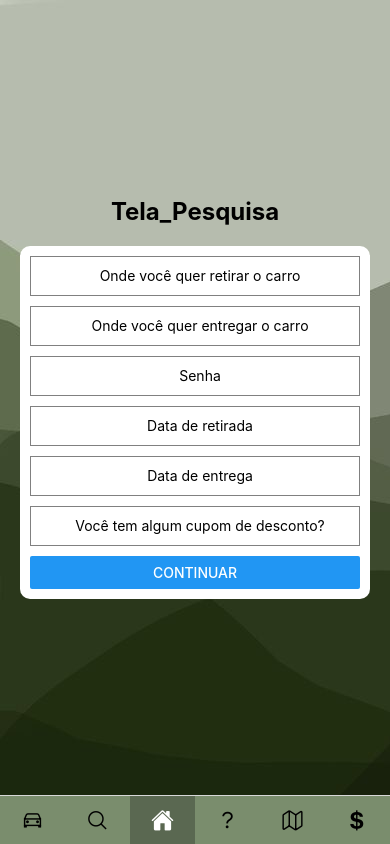
Repository: GabrielAron/EcoWheels
Page: /Home
These files come from the project's save history. The page is drawn as it stood at one moment and after the next save; the edit follows.
The browser window is 390 px wide. The pictures show the whole page.
The app was drawn by React Native's web renderer in a window 390 px wide. The project was rebuilt for these pictures with package versions that can differ from the ones it lists, and the page was loaded fresh each time. Also part of the build but not shown: src/Paginas/Carros/index.js, src/Paginas/Ajuda/index.js, src/Paginas/Mapa/index.js, src/Paginas/Pagamento/pagamento.js.

Above is the page before, as saved 2023-11-24 14:34:29.

### App.js
import React from 'react';
import Routes from './src/Paginas/routes';
import { ReservaProvider } from './src/Paginas/ReservaContext';


function App() {
  return (
    <ReservaProvider>
      <Routes />
    </ReservaProvider>
  );
}

export default App;

### src/Paginas/routes.js
import React from 'react';
import { createBottomTabNavigator } from '@react-navigation/bottom-tabs';
import { NavigationContainer } from '@react-navigation/native';
import { Ionicons } from '@expo/vector-icons';

import Home from './Home';
import Explorar from './Carros';
import Ajuda from './Ajuda';
import Reservas from './Locacoes';
import Recarga from './Mapa';
import Pagamento from './Pagamento/pagamento';

const Tab = createBottomTabNavigator();

export default function Routes() {
  return (
    <NavigationContainer>
      <Tab.Navigator
        tabBarOptions={{
          showLabel: false, // Oculta as etiquetas de texto das guias
          tabBarStyle: {
            position: 'absolute',
            backgroundColor: '#7A8D6D',
            height:700,
          },
          tabStyle: {
            elevation: 0,
          },
          inactiveBackgroundColor: '#7A8D6D',
          activeBackgroundColor: '#5A6851',
        }}
      >
        <Tab.Screen
          name="Reservas"
          component={Reservas}
          options={{
            headerShown: false,
            tabBarIcon: ({ color, size, focused }) => {
              if (focused) {
                return <Ionicons name="md-car" size={23} color="#FFF" />;
              } else {
                return <Ionicons name="md-car-outline" size={23} color="#000000" />;
              }
            },
          }}
        />
        <Tab.Screen
          name="Explorar"
          component={Explorar}
          options={{
            headerShown: false,
            tabBarIcon: ({ color, size, focused }) => {
              if (focused) {
                return <Ionicons name="md-search" size={23} color="#FFF" />;
              } else {
                return <Ionicons name="md-search-outline" size={23} color="#000000" />;
              }
            },
          }}
        />
        <Tab.Screen
          name="Home"
          component={Home}
          options={{
            headerShown: false,
            tabBarIcon: ({ color, size, focused }) => {
              if (focused) {
                return <Ionicons name="md-home" size={23} color="#FFF" />;
              } else {
                return <Ionicons name="md-home-outline" size={23} color="#000000" />;
              }
            },
          }}
        />
        <Tab.Screen
          name="Ajuda"
          component={Ajuda}
          options={{
            headerShown: false,
            tabBarIcon: ({ color, size, focused }) => {
              if (focused) {
                return <Ionicons name="md-help" size={23} color="#FFF" />;
              } else {
                return <Ionicons name="md-help-outline" size={23} color="#000000" />;
              }
            },
          }}
        />
        <Tab.Screen
          name="Recarga"
          component={Recarga}
          options={{
            headerShown: false,
            tabBarIcon: ({ color, size, focused }) => {
              if (focused) {
                return <Ionicons name="md-map" size={23} color="#FFF" />;
              } else {
                return <Ionicons name="md-map-outline" size={23} color="#000000" />;
              }
            },
          }}
        />
         <Tab.Screen
          name="Pagamento"
          component={Pagamento}
          options={{
            headerShown: false,
            tabBarIcon: ({ color, size, focused }) => {
              if (focused) {
                return <Ionicons name="logo-usd" size={23} color="#FFF" />;

              } else {
                return <Ionicons name="logo-usd" size={23} color="#000000" />;
              }
            },
          }}
        />
      </Tab.Navigator>
    </NavigationContainer>
  );
}

### src/Paginas/ReservaContext.js
import React, { createContext, useState } from 'react';

export const ReservaContext = createContext();

export const ReservaProvider = ({ children }) => {
  const [reservas, setReservas] = useState([]);

  return (
    <ReservaContext.Provider value={{ reservas, setReservas }}>
      {children}
    </ReservaContext.Provider>
  );
};

### src/Paginas/Home/index.js
import React from 'react';
import { View, Text, TextInput, Button, StyleSheet, ImageBackground } from 'react-native';
import Fundo from '/imagens/fundoverde.jpg';

export default function App() {
  return (
    <ImageBackground source={Fundo} style={styles.image}>
      <View style={styles.container}>
        <Text style={styles.title}>Tela_Pesquisa</Text>
        <View style={styles.formContainer}>
          <TextInput style={styles.input} placeholder="Onde você quer retirar o carro" />
          <TextInput style={styles.input} placeholder="Onde você quer entregar o carro" />
          <TextInput style={styles.input} placeholder="Senha" secureTextEntry={true} />
          <TextInput style={styles.input} placeholder="Data de retirada" />
          <TextInput style={styles.input} placeholder="Data de entrega" />
          <TextInput style={styles.input} placeholder="Você tem algum cupom de desconto?" />
          <Button title="Continuar" onPress={() => {}} />
        </View>
      </View>
    </ImageBackground>
  );
}

const styles = StyleSheet.create({
  container: {
    flex: 1,
    justifyContent: 'center',
    padding: 20,
  },
  image: {
    flex: 1,
    resizeMode: 'cover',
    justifyContent: 'center',
  },
  title: {
    fontSize: 24,
    fontWeight: 'bold',
    textAlign: 'center',
    marginBottom: 20,
  },
  input: {
    height: 40,
    borderColor: 'gray',
    borderWidth: 1,
    marginBottom: 10,
    paddingLeft: 10,
    textAlign: 'center',
  },
  formContainer: {
    backgroundColor: 'white',
    borderRadius: 10,
    padding: 10,
  },
});

### src/Paginas/Locacoes/index.js
import React, { useState, useContext } from 'react';
import { View, Text, ImageBackground, Button, StyleSheet, ScrollView, Modal, Alert } from 'react-native';
import Fundo from '/imagens/fundoverde.jpg';
import { ReservaContext } from '../ReservaContext'; // Atualize o caminho conforme necessário

const Card = ({ id, title, image }) => {
  const [modalVisible, setModalVisible] = useState(false);
  const { reservas, setReservas } = useContext(ReservaContext);
  const [carros, setCarros] = useState([

      { id: 1, title: "QUALIDADE PARA UM CONFORTO E ÓTIMO PASSEIO - Exquisite Cruiser 1.8", image: "https://cdn.leonardo.ai/users/cf8d0bec-5da3-4e6a-aed2-13735b2a6925/generations/a40b4ef5-35ec-4e32-a5ff-cc2ef5e85345/PhotoReal_make_a_background_image_for_a_cell_phone_application_2.jpg?w=512" },
      { id: 2, title: "DESIGN E CONFORTO EM UM - Rider GT 3.0", image: "https://cdn.leonardo.ai/users/cf8d0bec-5da3-4e6a-aed2-13735b2a6925/generations/a40b4ef5-35ec-4e32-a5ff-cc2ef5e85345/PhotoReal_make_a_background_image_for_a_cell_phone_application_3.jpg?w=512" },
      { id: 3, title: "FORÇA PARA DESAFIOS OFF-Road - Viper GT 3.0 ", image: "https://cdn.leonardo.ai/users/cf8d0bec-5da3-4e6a-aed2-13735b2a6925/generations/a0fe3adc-2c2f-4336-bc49-e57599170dd1/PhotoReal_faa_um_hummer_eltrico_novo_andando_por_uma_cidade_3.jpg?w=512" },
      { id: 4, title: "UM CARRO ANTIGO E ESTILOSO PARA OS AMANTES DE CLÁSSICOS - Bentley 1.8", image: "https://cdn.leonardo.ai/users/cf8d0bec-5da3-4e6a-aed2-13735b2a6925/generations/c6457b66-6149-4c4d-8408-99c27071dc1e/PhotoReal_faa_um_carro_eletrico_executivo_andando_por_uma_cida_0.jpg?w=512" },
      { id: 5, title: "UM CARRO VERSÁTIL QUE ATENDE A TODAS AS NECESSIDADES FLEXUS X 1.0", image: "https://cdn.leonardo.ai/users/cf8d0bec-5da3-4e6a-aed2-13735b2a6925/generations/f62f0f84-2ea5-4c9d-a4e3-33ade848f3b2/PhotoReal_make_a_background_image_for_a_cell_phone_application_3.jpg?w=512" },
      { id: 6, title: "UMA OPÇÃO PERFEITA PARA QUEM BUSCA PRATICIDADE E CONFORTO - LUXURY DRIVE 1.6", image: "https://cdn.leonardo.ai/users/cf8d0bec-5da3-4e6a-aed2-13735b2a6925/generations/589507b8-d87b-4a85-b05e-c325ccebd6b6/PhotoReal_make_a_background_image_for_a_cell_phone_application_1.jpg?w=512" },
      { id: 7, title: "UM CARRO ESPORTIVO COM DESEMPENHO DE ALTA POTÊNCIA Vortex GT 5.0", image: "https://fotos-jornaldocarro-estadao.nyc3.cdn.digitaloceanspaces.com/wp-content/uploads/2023/01/13072602/Carro_esportivo.jpg" },
    ]);


  return (
    <View style={styles.card}>
      <ImageBackground source={{ uri: image }} style={styles.image}>
        <View style={styles.content}>
          <Text style={styles.title}>{title}</Text>
          <Button title="Reservar" onPress={() => setModalVisible(true)} />
        </View>
      </ImageBackground>

      <Modal
        animationType="slide"
        transparent={true}
        visible={modalVisible}
        onRequestClose={() => {
          Alert.alert("Modal has been closed.");
          setModalVisible(!modalVisible);
        }}
      >
        <View style={styles.centeredView}>
          <View style={styles.modalView}>
            <Text style={styles.modalText}>Deseja mesmo reservar o carro?</Text>

            <Button
              style={[styles.button, styles.buttonClose]}
              onPress={() => {
                setReservas([...reservas, { id, title, image }]);
                setCarros(carros.filter(carro => carro.id !== id));
                setModalVisible(!modalVisible);
              }}
              title="Sim"
            />
            <Button
              style={[styles.button, styles.buttonCancel]}
              onPress={() => setModalVisible(!modalVisible)}
              title="Não"
            />
          </View>
        </View>
      </Modal>
    </View>
  );
};

export default function Reservas() {
  return (
    <View style={styles.container}>
      <ImageBackground source={Fundo} style={styles.image}>
        <Text style={styles.text}>Carros</Text>
        <View style={styles.cardContainer}>
          <ScrollView showsVerticalScrollIndicator={false}>
            <Card id={1} title="QUALIDADE PARA UM CONFORTO E ÓTIMO PASSEIO - Exquisite Cruiser 1.8" image="https://cdn.leonardo.ai/users/cf8d0bec-5da3-4e6a-aed2-13735b2a6925/generations/a40b4ef5-35ec-4e32-a5ff-cc2ef5e85345/PhotoReal_make_a_background_image_for_a_cell_phone_application_2.jpg?w=512" />
            <Card id={2} title="DESIGN E CONFORTO EM UM - Rider GT 3.0" image="https://cdn.leonardo.ai/users/cf8d0bec-5da3-4e6a-aed2-13735b2a6925/generations/a40b4ef5-35ec-4e32-a5ff-cc2ef5e85345/PhotoReal_make_a_background_image_for_a_cell_phone_application_3.jpg?w=512" />
            <Card id={3} title="FORÇA PARA DESAFIOS OFF-Road - Viper GT 3.0 " image="https://cdn.leonardo.ai/users/cf8d0bec-5da3-4e6a-aed2-13735b2a6925/generations/a0fe3adc-2c2f-4336-bc49-e57599170dd1/PhotoReal_faa_um_hummer_eltrico_novo_andando_por_uma_cidade_3.jpg?w=512" />
            <Card id={4} title="UM CARRO ANTIGO E ESTILOSO PARA OS AMANTES DE CLÁSSICOS - Bentley 1.8" image="https://cdn.leonardo.ai/users/cf8d0bec-5da3-4e6a-aed2-13735b2a6925/generations/c6457b66-6149-4c4d-8408-99c27071dc1e/PhotoReal_faa_um_carro_eletrico_executivo_andando_por_uma_cida_0.jpg?w=512" />
            <Card id={5} title="UM CARRO VERSÁTIL QUE ATENDE A TODAS AS NECESSIDADES FLEXUS X 1.0" image="https://cdn.leonardo.ai/users/cf8d0bec-5da3-4e6a-aed2-13735b2a6925/generations/f62f0f84-2ea5-4c9d-a4e3-33ade848f3b2/PhotoReal_make_a_background_image_for_a_cell_phone_application_3.jpg?w=512" />
            <Card id={6} title="UMA OPÇÃO PERFEITA PARA QUEM BUSCA PRATICIDADE E CONFORTO - LUXURY DRIVE 1.6" image="https://cdn.leonardo.ai/users/cf8d0bec-5da3-4e6a-aed2-13735b2a6925/generations/589507b8-d87b-4a85-b05e-c325ccebd6b6/PhotoReal_make_a_background_image_for_a_cell_phone_application_1.jpg?w=512" />
            <Card id={7} title="UM CARRO ESPORTIVO COM DESEMPENHO DE ALTA POTÊNCIA Vortex GT 5.0" image="https://fotos-jornaldocarro-estadao.nyc3.cdn.digitaloceanspaces.com/wp-content/uploads/2023/01/13072602/Carro_esportivo.jpg" />
          </ScrollView>
        </View>
      </ImageBackground>
    </View>
  );
}


const styles = StyleSheet.create({
  container: {
    flex: 1,
  },
  image: {
    flex: 1,
    resizeMode: 'cover',
    justifyContent: 'center',
  },
  text: {
    color: '#fffbff',
    fontSize: 36,
    position: 'absolute',
    top: 50,
    left: 0,
    right: 0,
    fontWeight: 'bold',
    textAlign: 'center',
  },
  cardContainer: {
    flex: 1,
    alignItems: 'center',
    justifyContent: 'center',
    paddingTop: 200,
    paddingLeft: 75,
  },
  card: {
    width: '90%',
    height: 200,
    marginBottom: 45,
    borderRadius: 10,
    overflow: 'hidden',
  },
  image: {
    flex: 1,
    resizeMode: 'cover',
    justifyContent: 'center',
  },
  content: {
    padding: 10,
    alignItems: 'center',
    justifyContent: 'center',
  },
  title: {
    fontSize: 16,
    fontWeight: 'bold',
    color: '#fffbff',
  },
  overlay: {
    ...StyleSheet.absoluteFillObject,
    backgroundColor: 'rgba(128, 128, 128, 0.5)',
  },
  centeredView: {
    flex: 1,
    justifyContent: "center",
    alignItems: "center",
    marginTop: 22
  },
  modalView: {
    margin: 20,
    backgroundColor: "white",
    borderRadius: 20,
    padding: 35,
    alignItems: "center",
    shadowColor: "#000",
    shadowOffset: {
      width: 0,
      height: 2
    },
    shadowOpacity: 0.25,
    shadowRadius: 4,
    elevation: 5
  },
  button: {
    borderRadius: 20,
    padding: 10,
    elevation: 2
  },
  buttonClose: {
    backgroundColor: "#2196F3",
  },
  buttonCancel: {
    backgroundColor: "#f00",
  },
  modalText: {
    marginBottom: 15,
    textAlign: "center"
  }
});

After the next save:
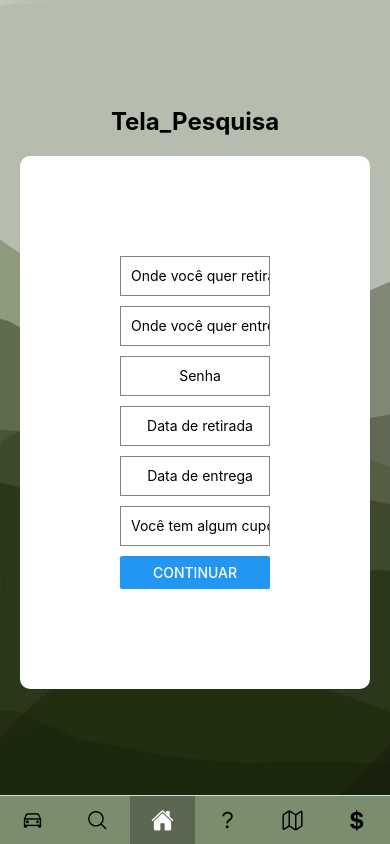
Saved 70 s later.
--- a/src/Paginas/Home/index.js
+++ b/src/Paginas/Home/index.js
@@ -49,6 +49,6 @@ const styles = StyleSheet.create({
   formContainer: {
     backgroundColor: 'white',
     borderRadius: 10,
-    padding: 10,
+    padding: 100,
   },
 });
